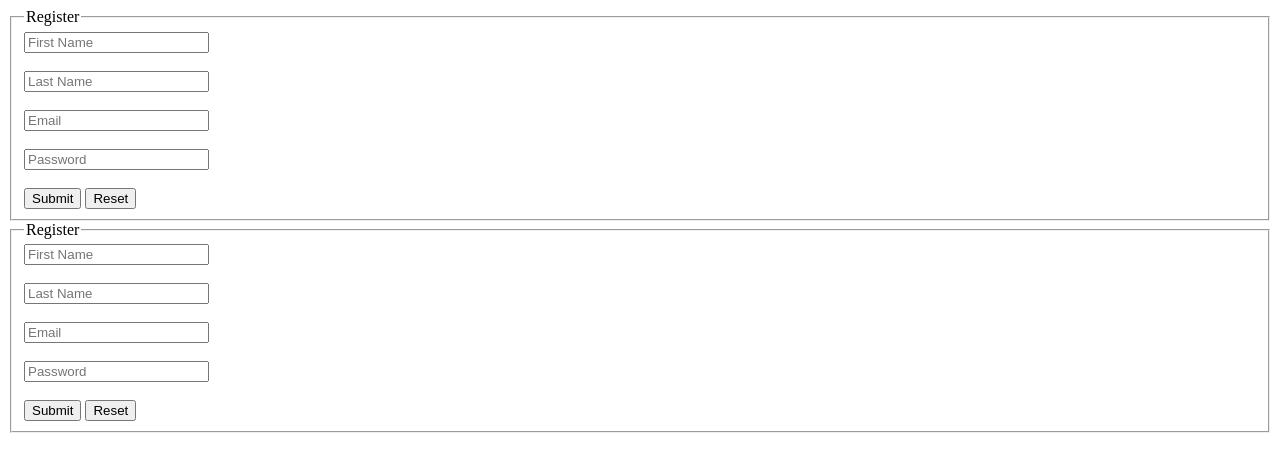
Repository: roneetkumar/java-enterprise
Page: http://localhost/Project/
These files come from the project's save history. The page is drawn as it stood at one moment and after the next save; the edit follows.
The browser window is 1280 px wide. The pictures show the whole page.
The page is served by Tomcat 9.

Above is the page before, as saved 2020-02-27 23:10:04.

After the next save:
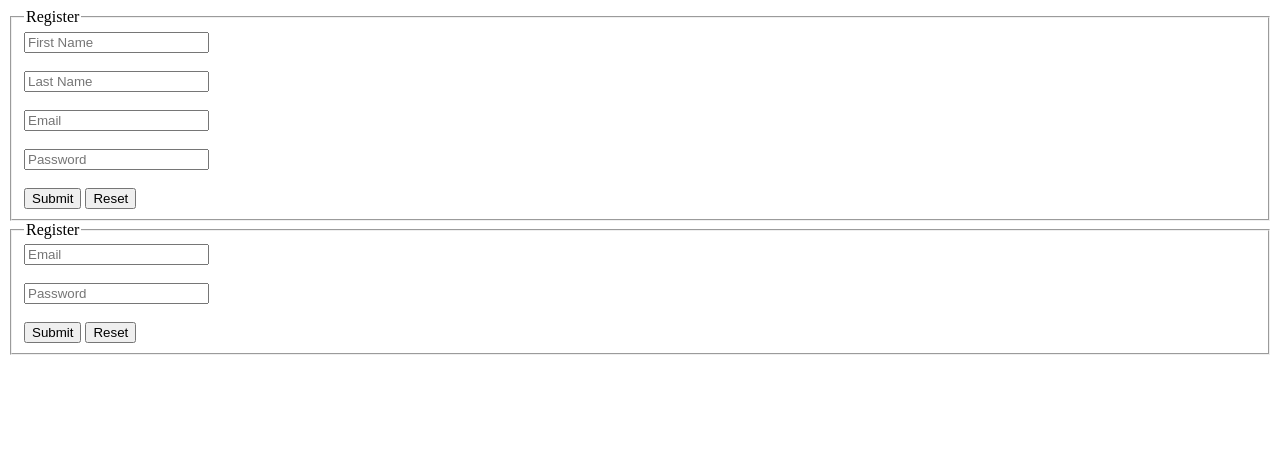
Saved 15 min 17 s later.
--- a/Project/WebContent/index.jsp
+++ b/Project/WebContent/index.jsp
@@ -23,8 +23,6 @@
 	<form action="Login" method="post">
 		<fieldset>
 			<legend>Register</legend>
-			<input type="text" name="fname" placeholder="First Name"/><br><br>
-			<input type="text" name="lname" placeholder="Last Name"/><br><br>
 			<input type="email" name="email" placeholder="Email"/><br><br>
 			<input type="password" name="pass" placeholder="Password"><br><br>
 			<input type="submit"/>
